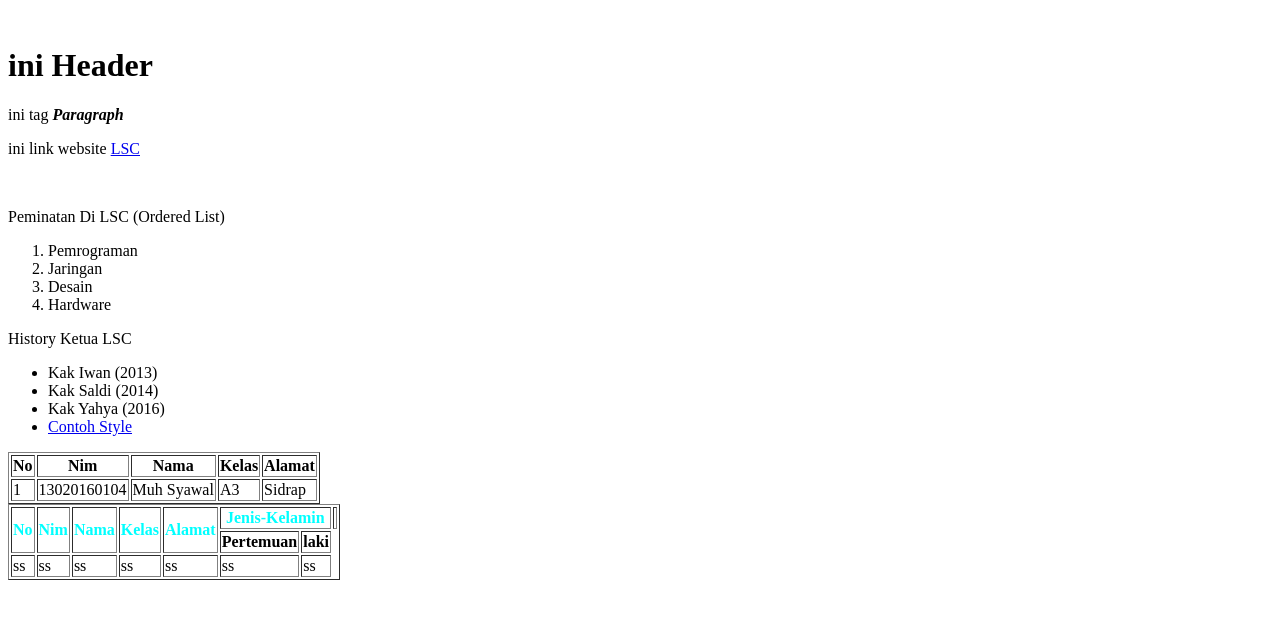
Repository: syawal2kalii/HelloWorld
Page: basichtml.htm
These files come from the project's save history. The page is drawn as it stood at one moment and after the next save; the edit follows.
The browser window is 1280 px wide. The pictures show the whole page.

Above is the page before, as saved 2019-11-17 11:47:16.

After the next save:
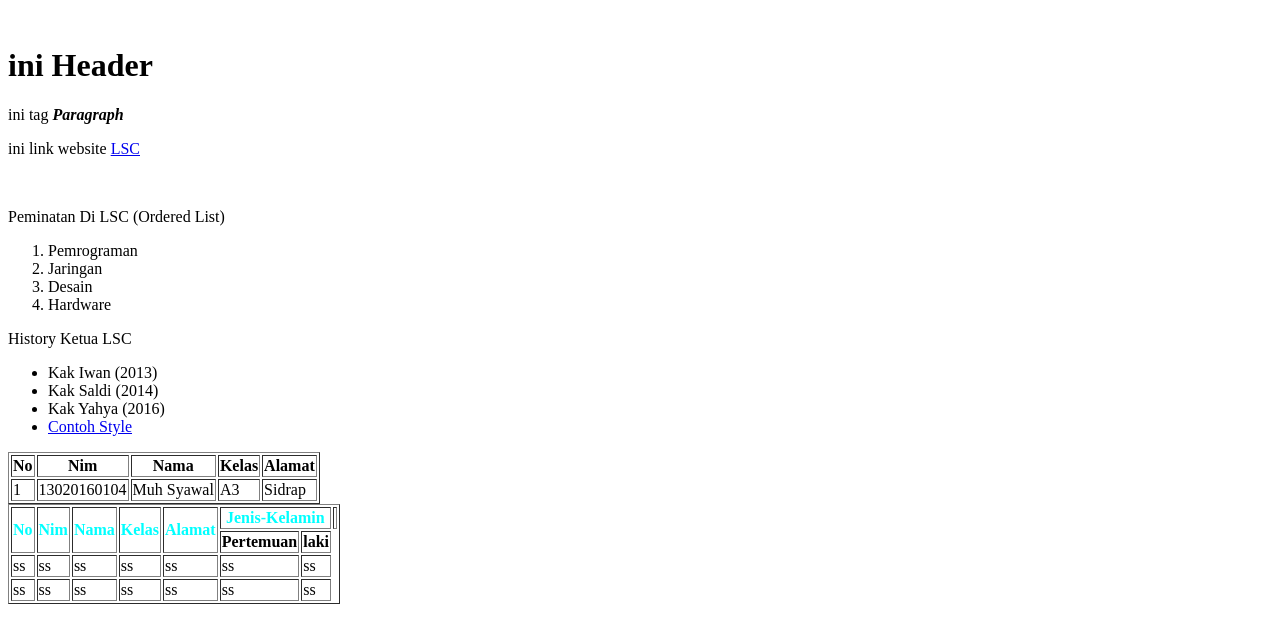
Saved 10 min 3 s later.
--- a/basichtml.htm
+++ b/basichtml.htm
@@ -99,6 +99,15 @@ Overview
             <td>ss</td>
             <td>ss</td>
         </tr>
+        <tr>
+                <td>ss</td>
+                <td>ss</td>
+                <td>ss</td>
+                <td>ss</td>
+                <td>ss</td>
+                <td>ss</td>
+                <td>ss</td>
+            </tr>
     </table>
 
     <!-- <link rel="stylesheet" href="lscumi.info.tm">Ini link ke website LSC -->
